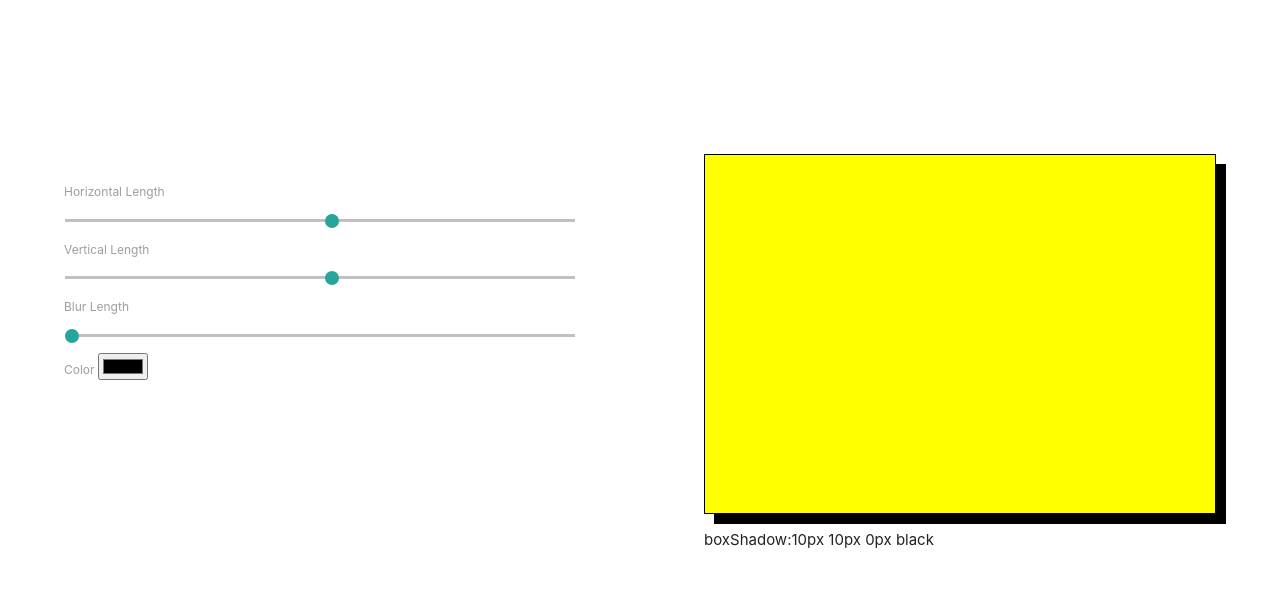
Repository: imrvj/Box-Shadow
Page: /
The author's editor kept a copy of each file at every save. The page is drawn from the files as they stood at one save, then again after the next save.
The browser window is 1280 px wide. The pictures show the whole page.
The project was rebuilt for these pictures with package versions that can differ from the ones it lists, and the page was loaded fresh each time.

Above is the page before, as saved 2020-02-19 23:42:03.

### public/index.html
<!DOCTYPE html>
<html lang="en">
  <head>
    <meta charset="utf-8" />
    <link rel="icon" href="%PUBLIC_URL%/favicon.ico" />
    <meta name="viewport" content="width=device-width, initial-scale=1" />
    <meta name="theme-color" content="#000000" />
    <meta
      name="description"
      content="Web site created using create-react-app"
    />
    <link rel="apple-touch-icon" href="%PUBLIC_URL%/logo192.png" />
    <!--
      manifest.json provides metadata used when your web app is installed on a
      user's mobile device or desktop. See https://developers.google.com/web/fundamentals/web-app-manifest/
    -->
    <link rel="manifest" href="%PUBLIC_URL%/manifest.json" />
    <!--
      Notice the use of %PUBLIC_URL% in the tags above.
      It will be replaced with the URL of the `public` folder during the build.
      Only files inside the `public` folder can be referenced from the HTML.

      Unlike "/favicon.ico" or "favicon.ico", "%PUBLIC_URL%/favicon.ico" will
      work correctly both with client-side routing and a non-root public URL.
      Learn how to configure a non-root public URL by running `npm run build`.
    -->
    <!-- Compiled and minified CSS -->
    <link rel="stylesheet" href="https://cdnjs.cloudflare.com/ajax/libs/materialize/1.0.0/css/materialize.min.css">

    <title>React App</title>
  </head>
  <body>
    <noscript>You need to enable JavaScript to run this app.</noscript>
    <div id="root"></div>
    <!--
      This HTML file is a template.
      If you open it directly in the browser, you will see an empty page.

      You can add webfonts, meta tags, or analytics to this file.
      The build step will place the bundled scripts into the <body> tag.

      To begin the development, run `npm start` or `yarn start`.
      To create a production bundle, use `npm run build` or `yarn build`.
    -->
       <!-- Compiled and minified JavaScript -->
       <script src="https://cdnjs.cloudflare.com/ajax/libs/materialize/1.0.0/js/materialize.min.js"></script>

  </body>
</html>

### src/App.js
import React, { useState } from 'react';

import './App.css';

function App() {
  const [Hori, setHori] = useState(10)
  const [Veri, setVeri] = useState(10)
  const [Blur, setBlur] = useState(0)
  const [Color, setColor] = useState("black")
  return (
    <>

    <div className="App">

      <div className="controls">
      <label>Horizontal Length</label>
      <input type="range"  min="-200" max="200" value={Hori} onChange={(e)=>setHori(e.target.value)}/>
      <label>Vertical Length</label>
      <input type="range"  min="-200" max="200" value={Veri} onChange={(e)=>setVeri(e.target.value)}/>
      <label>Blur Length</label>
      <input type="range"  min="0" max="200" value={Blur} onChange={(e)=>setBlur(e.target.value)}/>
      <label>Color </label>
      <input type="color"  min="0" max="200" value={Color} onChange={(e)=>setColor(e.target.value)}/>
     </div>
      <div className="output">
        <div className="Box" style={{boxShadow:`${Hori}px ${Veri}px ${Blur}px ${Color}`}}></div>
  <p>boxShadow:{Hori}px {Veri}px {Blur}px {Color}</p>
      </div>
    </div>
    </>
  );
}

export default App;

### src/App.css
.App
{
    display: flex;
    justify-content: space-around;
    height: 100vh;
    align-items: center;
}

.Box
{
    width: 40vw;
    height: 50vh;
    border: solid 1px black;
    background-color: yellow;
    color:white;
}

.controls
{
    width: 40vw;
    height: 50vh;
}

Loaded but not shown: src/index.js (common file); src/index.css (common file); src/serviceWorker.js (common file)

After the next save:
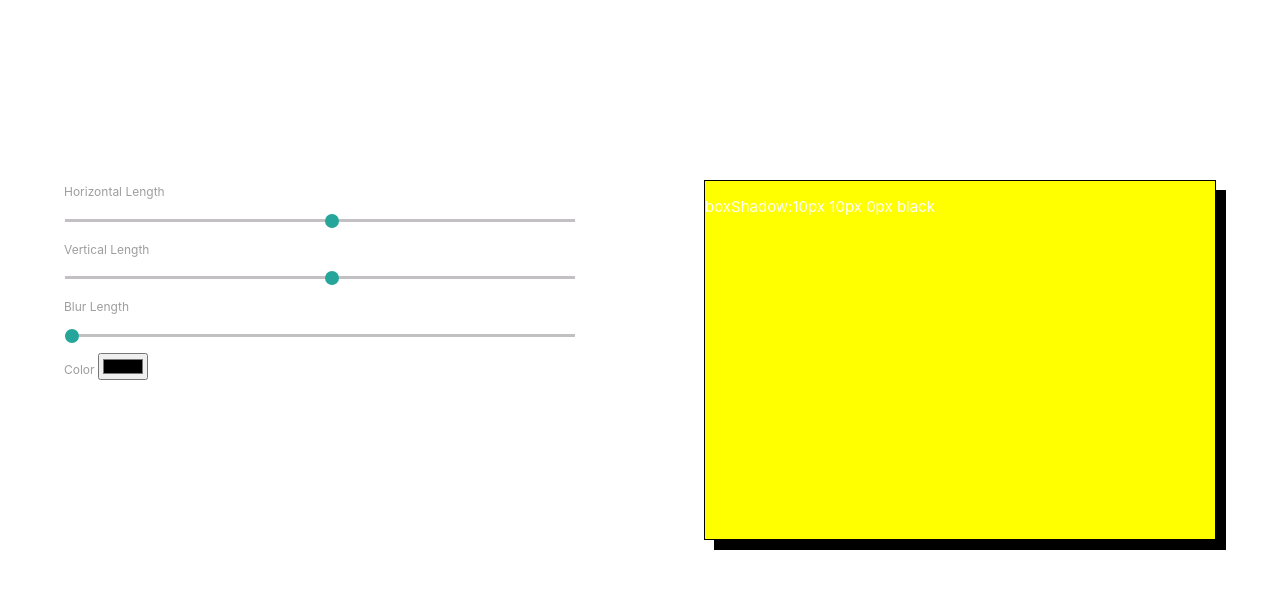
Saved 2 min 27 s later.
--- a/src/App.js
+++ b/src/App.js
@@ -23,8 +23,9 @@ function App() {
       <input type="color"  min="0" max="200" value={Color} onChange={(e)=>setColor(e.target.value)}/>
      </div>
       <div className="output">
-        <div className="Box" style={{boxShadow:`${Hori}px ${Veri}px ${Blur}px ${Color}`}}></div>
+        <div className="Box" style={{boxShadow:`${Hori}px ${Veri}px ${Blur}px ${Color}`}}>
   <p>boxShadow:{Hori}px {Veri}px {Blur}px {Color}</p>
+  </div>
       </div>
     </div>
     </>
